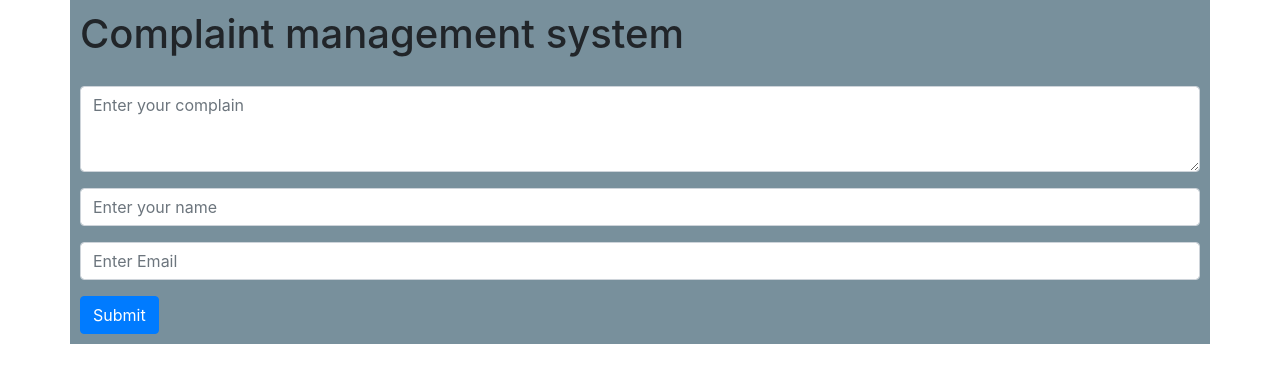
Repository: mkejeiri/Java-Entreprise
Page: http://localhost/complaintsystem/
An editor plug-in stored every save of this project. The page is shown before and after the next save, followed by the edit.
The browser window is 1280 px wide. The pictures show the whole page.
The page is served by Tomcat 9. Other server files are loaded and not shown.

Above is the page before, as saved 2018-05-10 19:38:25.

### complaintsystem/complaintsystem/WebContent/WEB-INF/complainForm.jsp
<%@ page language="java" contentType="text/html; charset=UTF-8"
    pageEncoding="UTF-8"%>
<!DOCTYPE html PUBLIC "-//W3C//DTD HTML 4.01 Transitional//EN" "http://www.w3.org/TR/html4/loose.dtd">
<html>
<head>
<meta http-equiv="Content-Type" content="text/html; charset=UTF-8">
<link rel="stylesheet" href="https://stackpath.bootstrapcdn.com/bootstrap/4.1.1/css/bootstrap.min.css" integrity="sha384-WskhaSGFgHYWDcbwN70/dfYBj47jz9qbsMId/iRN3ewGhXQFZCSftd1LZCfmhktB" crossorigin="anonymous">
<style>
	.spacing {
		padding:10px;
		/*background-image: url("./Complaint.jpg");*/
		background-color:#78909c;
	}
</style>
<title>Insert title here</title>
</head>
<body>
	<div class="container spacing">
		<h1>Complaint management system</h1>
	</div>
	<div class="container spacing">
		<form action="/complaintsystem/submitComplain" method="post">
			<div class="form-group">
			    <textarea class="form-control" name="complain" rows="3" placeholder="Enter your complain"></textarea>
			</div>
			<div class="form-group">
			    <input type="text" class="form-control" name="name" placeholder="Enter your name">
			</div>
			<div class="form-group">
			    <input type="email" class="form-control" name="email" placeholder="Enter Email">
			</div>
			<input type="submit" class="btn btn-primary" value="Submit" >
		</form>
	</div>
	<script src="https://code.jquery.com/jquery-3.3.1.slim.min.js" integrity="sha384-q8i/X+965DzO0rT7abK41JStQIAqVgRVzpbzo5smXKp4YfRvH+8abtTE1Pi6jizo" crossorigin="anonymous"></script>
    <script src="https://cdnjs.cloudflare.com/ajax/libs/popper.js/1.14.3/umd/popper.min.js" integrity="sha384-ZMP7rVo3mIykV+2+9J3UJ46jBk0WLaUAdn689aCwoqbBJiSnjAK/l8WvCWPIPm49" crossorigin="anonymous"></script>
    <script src="https://stackpath.bootstrapcdn.com/bootstrap/4.1.1/js/bootstrap.min.js" integrity="sha384-smHYKdLADwkXOn1EmN1qk/HfnUcbVRZyYmZ4qpPea6sjB/pTJ0euyQp0Mk8ck+5T" crossorigin="anonymous"></script>
</body>
</html>

After the next save:
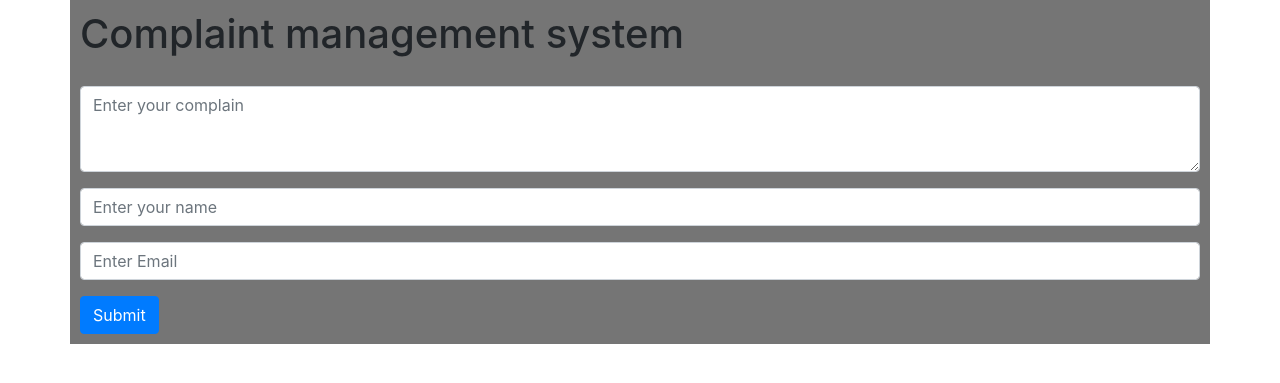
Saved 15 s later.
--- a/complaintsystem/complaintsystem/WebContent/WEB-INF/complainForm.jsp
+++ b/complaintsystem/complaintsystem/WebContent/WEB-INF/complainForm.jsp
@@ -9,7 +9,7 @@
 	.spacing {
 		padding:10px;
 		/*background-image: url("./Complaint.jpg");*/
-		background-color:#78909c;
+		background-color:#757575;
 	}
 </style>
 <title>Insert title here</title>
